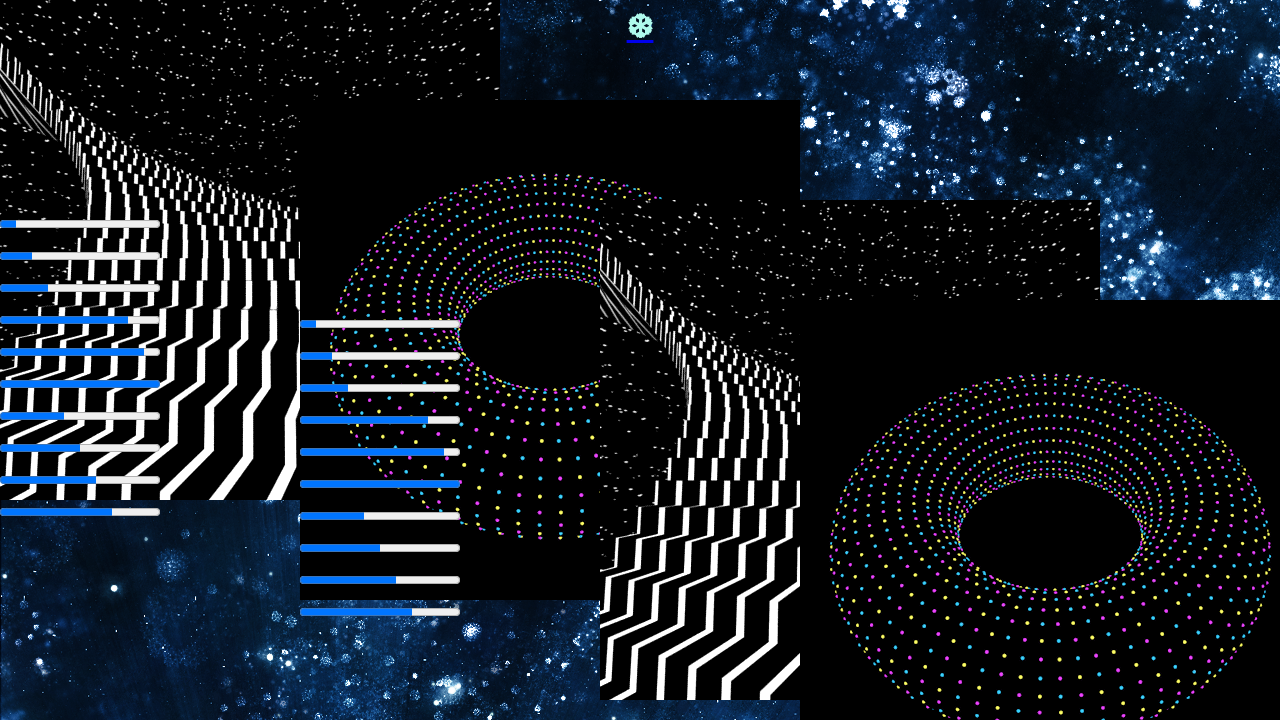
Repository: hanj291/hanj291.github.io
Page: CSS_composition/page5.html
The author's editor kept a record of every edit. The page is drawn from the files as they stood at one moment, then again after the next edit.
The browser window is 1280 px wide. The pictures show the whole page.

Above is the page before.

After the next edit:
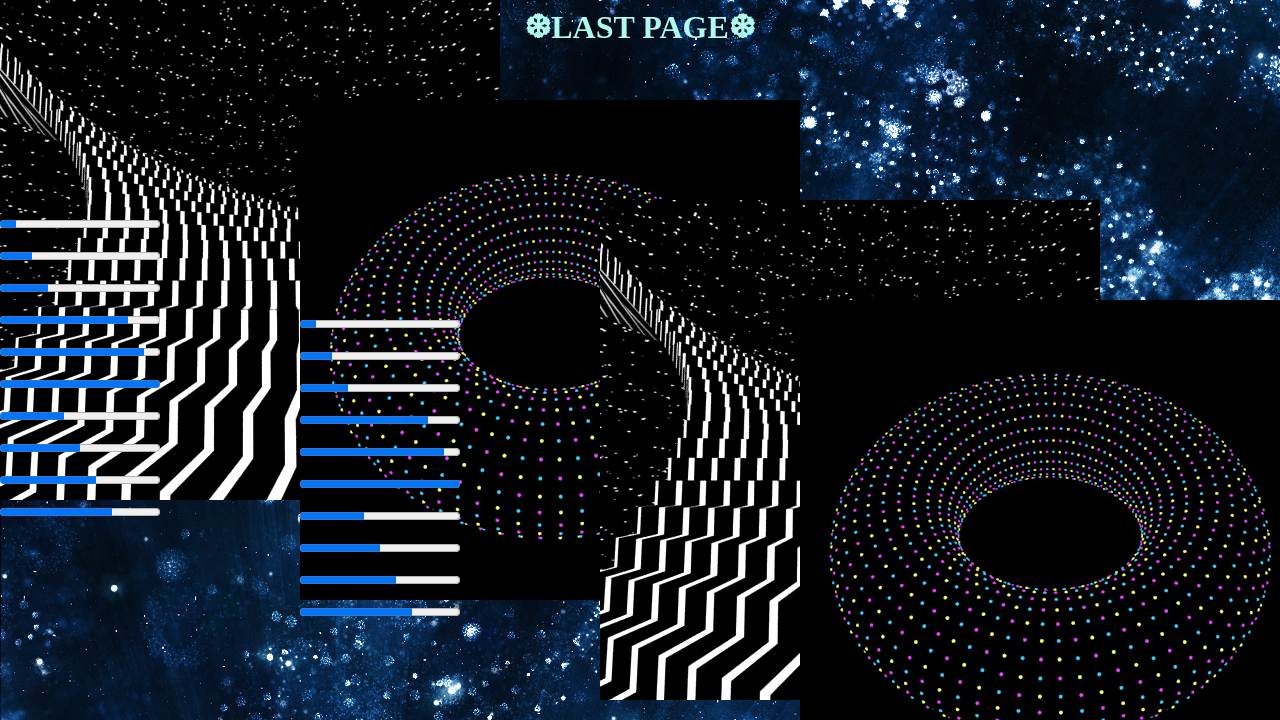
The edit:
--- a/CSS_composition/page5.html
+++ b/CSS_composition/page5.html
@@ -2,8 +2,8 @@
 
 	<head>
 		<center>
-			<a href="index.html">
-		<h1><p style="color:#AFFAED">&#10054;</p></h1></a>
+
+		<h1><p style="color:#AFFAED">&#10054;LAST PAGE&#10054;</p></h1>
 		<link href="page5css.css" rel="stylesheet">
 	</head>
 	<body>
